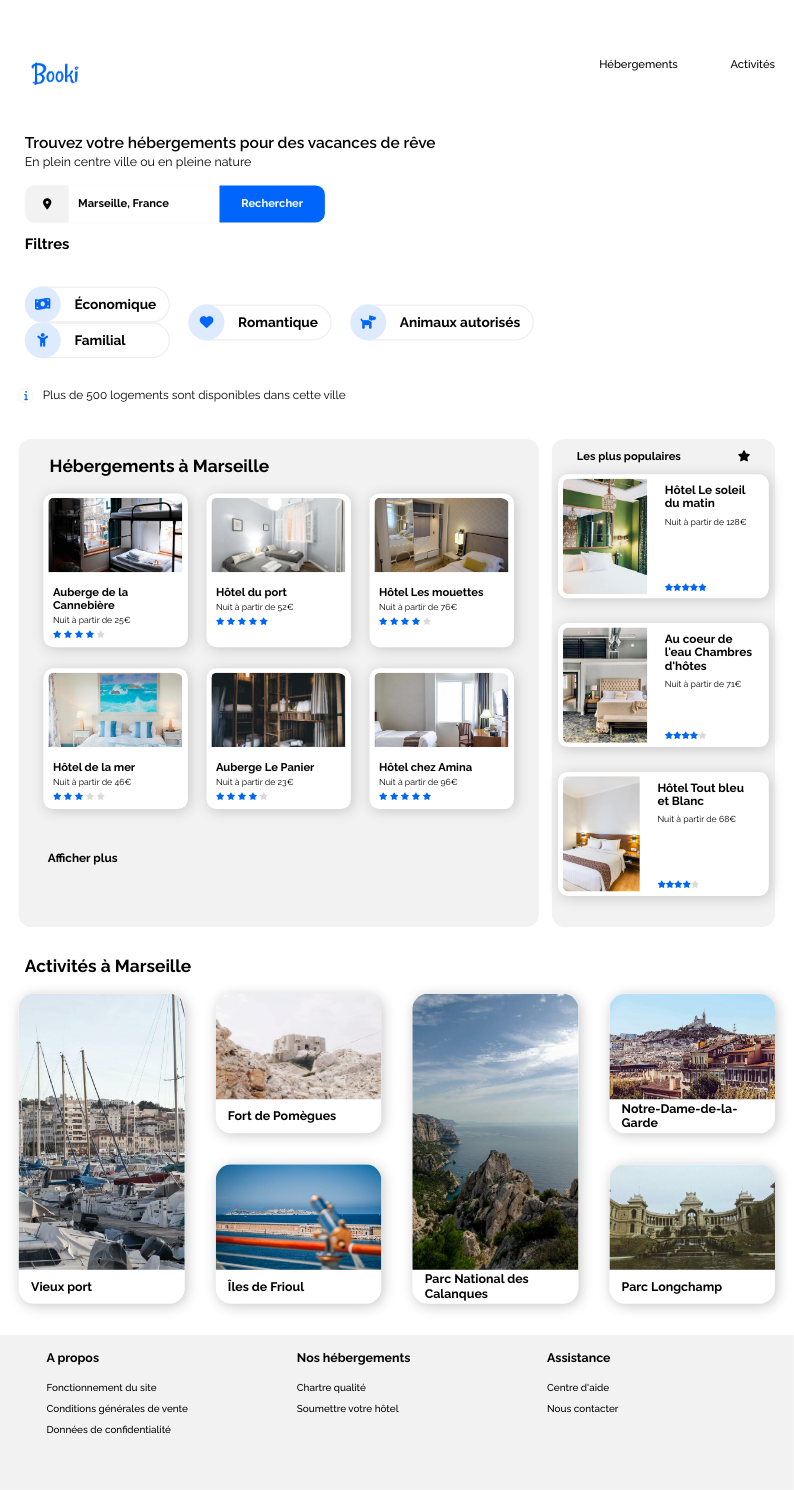
Repository: leandroBarbosaFR/booki
Page: index.html
The author's editor kept a copy of each file at every save. The page is drawn from the files as they stood at one save, then again after a run of saves.
The browser window is 1280 px wide. The pictures show the whole page, at 62% of full size.

Above is the page before, as saved 2022-07-22 16:01:37.

After the next 5 saves:
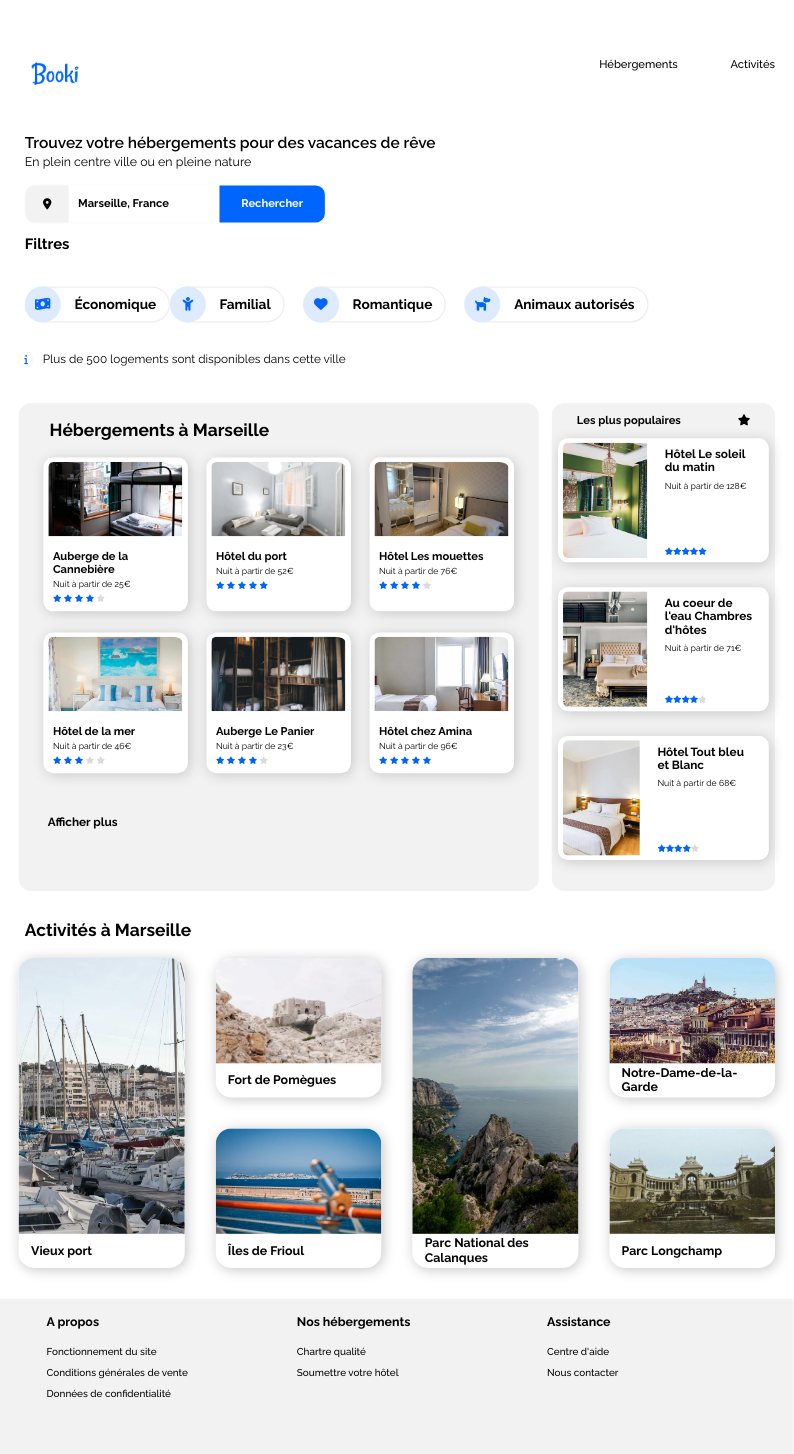
The 5 saves are shown as one change because they came seconds apart.
The last was saved 42 s later.
--- a/css/style.css
+++ b/css/style.css
@@ -4,6 +4,10 @@
 
 .h2-filtres {
   margin-left:10px;
+}
+
+.two-filtres{
+  display: flex;
 }
 
 .header {
